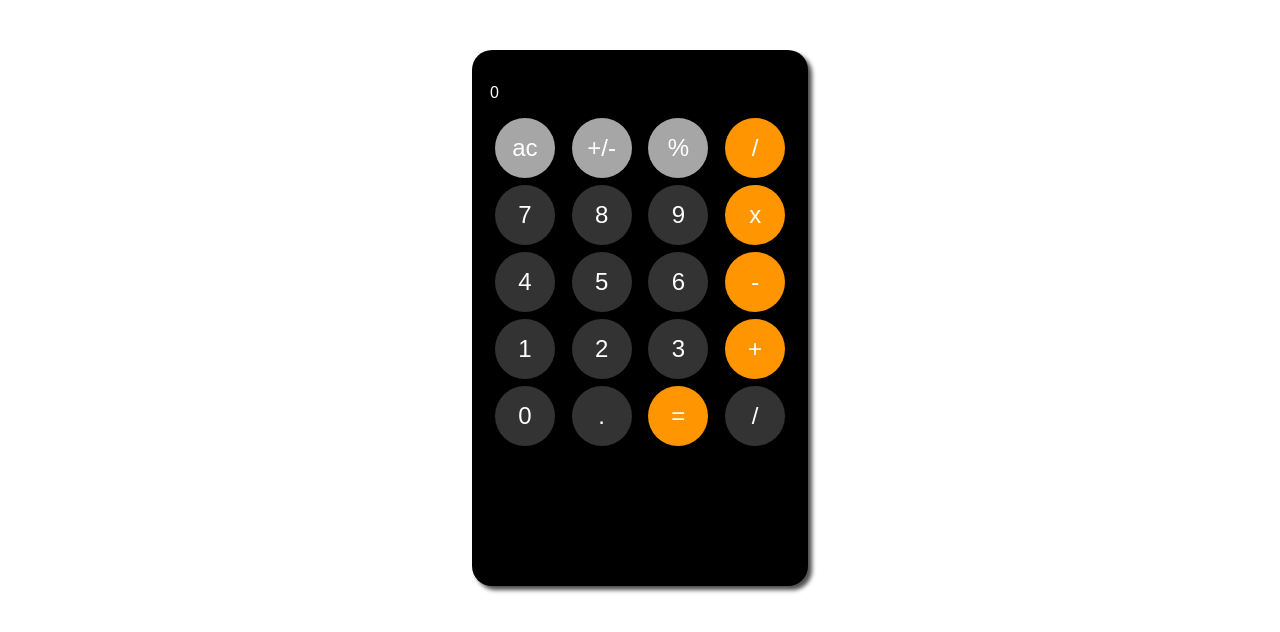
Repository: batonAnton/iphoneCalculator
Page: index.html
These files come from the project's save history. The page is drawn as it stood at one moment and after the next save; the edit follows.
The browser window is 1280 px wide. The pictures show the whole page.

Above is the page before, as saved 2022-03-09 18:34:59.

After the next save:
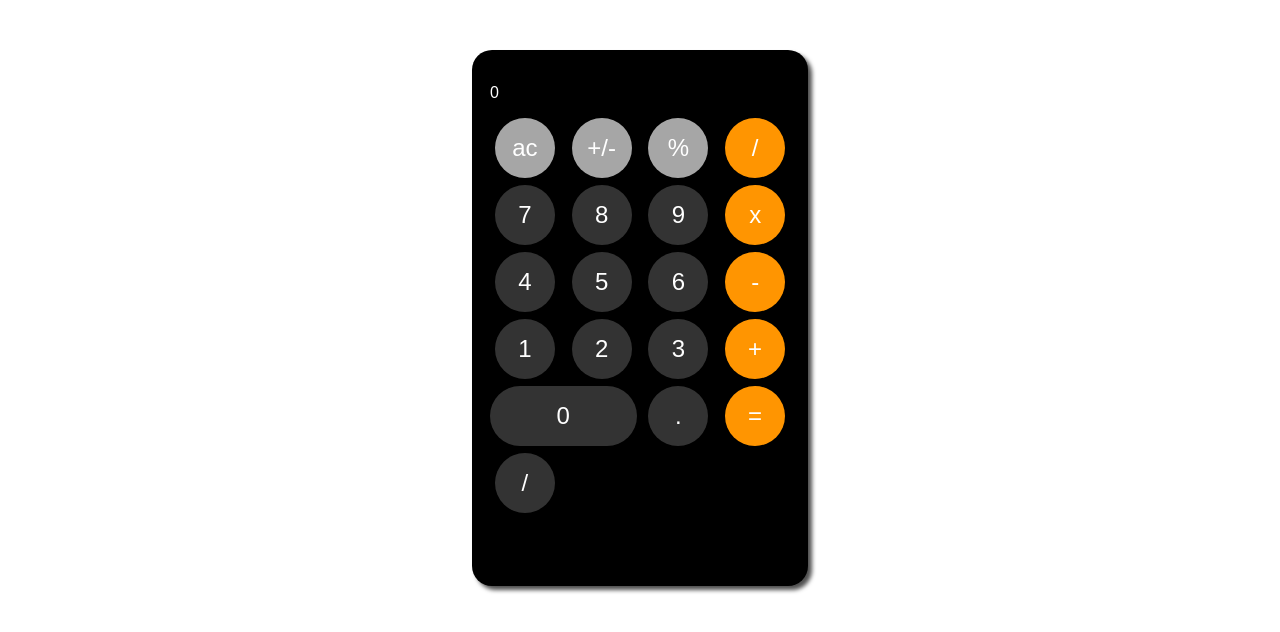
Saved 78 min 29 s later.
--- a/style.css
+++ b/style.css
@@ -17,6 +17,17 @@ white #fdfdfd
   font-family: Arial, Helvetica, sans-serif;
   padding: 18px;
   box-shadow: 4px 4px 4px #4f4f4f;
+}
+
+calc-screen{
+    height: 125px;
+    padding: 10px;
+    display: grid;
+    justify-items: end;
+    align-items: end;
+}
+.calc-screen p{
+
 }
 .buttons {
   display: grid;
@@ -40,6 +51,12 @@ white #fdfdfd
   cursor: pointer;
 }
 
+.btn.zero {
+  grid-area: zero;
+  width: 100%;
+  border-radius: 34px;
+}
+
 .btn:hover {
   filter: brightness(120%);
 }
